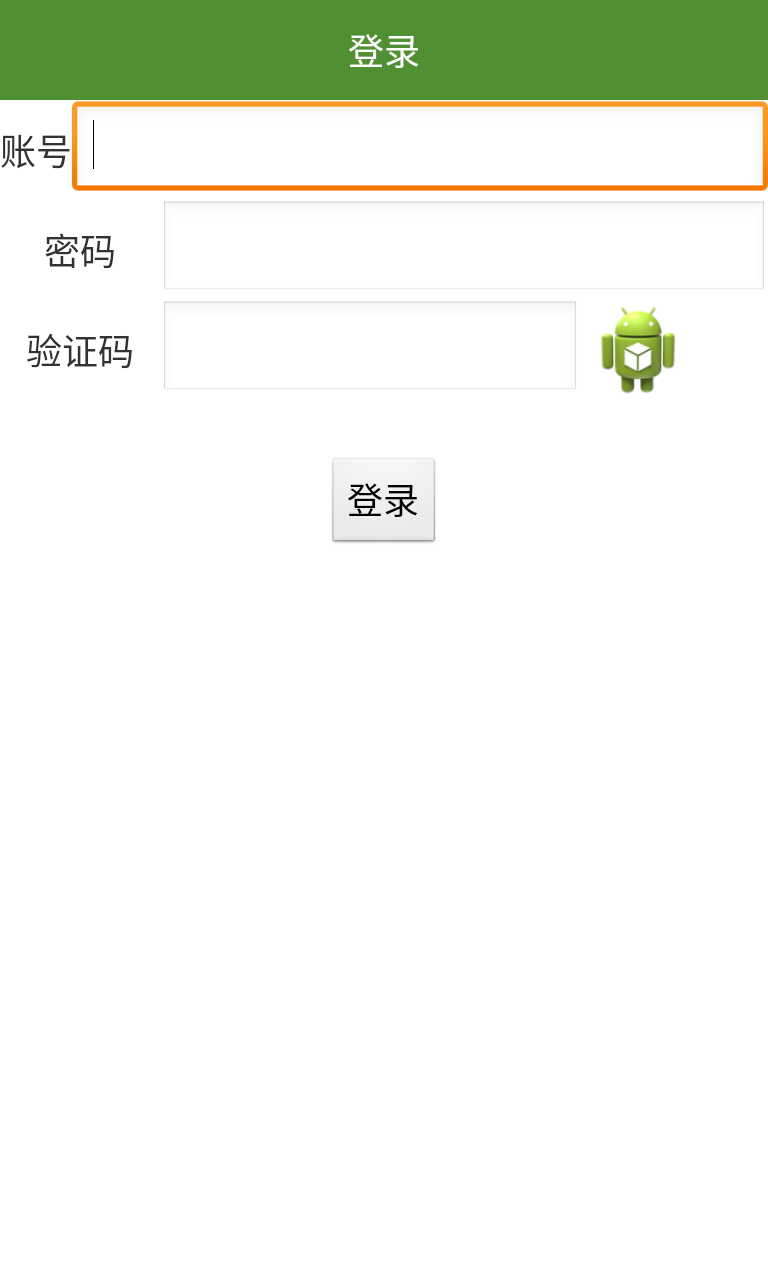
Repository: xuelang201201/Android
Layout: Android网络/android_day03_ems/res/layout/activity_login.xml
These files come from the project's save history. The layout is drawn as it stood at one moment and after the next save; the edit follows.
It is drawn on a 768 x 1280 px phone screen (xhdpi) without system bars, with theme android:Theme.Light.NoTitleBar; the app's code is not run.

Above is the layout before, as saved 2016-03-03 07:35:36.

### Android网络/android_day03_ems/res/layout/activity_login.xml
<RelativeLayout xmlns:android="http://schemas.android.com/apk/res/android"
    xmlns:tools="http://schemas.android.com/tools"
    android:layout_width="match_parent"
    android:layout_height="match_parent"
    tools:context=".AddEmpActivity" >

    <TextView
        android:id="@+id/tv_add_emp_title"
        android:layout_width="match_parent"
        android:layout_height="50dp"
        android:background="#519032"
        android:gravity="center"
        android:text="登录"
        android:textColor="#ffffff"
        android:textSize="18sp" />

    <TextView
        android:id="@+id/tv_login_emp_username"
        android:layout_width="wrap_content"
        android:layout_height="50dp"
        android:layout_alignParentLeft="true"
        android:layout_below="@+id/tv_add_emp_title"
        android:gravity="center"
        android:text="账号"
        android:textSize="18sp" />

    <EditText
        android:id="@+id/et_login_emp_username"
        android:layout_width="wrap_content"
        android:layout_height="wrap_content"
        android:layout_alignBottom="@+id/tv_login_emp_username"
        android:layout_alignParentRight="true"
        android:layout_below="@+id/tv_add_emp_title"
        android:layout_toRightOf="@+id/tv_login_emp_username"
        android:ems="10"
        android:inputType="textPersonName"
        android:singleLine="true" >

        <requestFocus />
    </EditText>

    <TextView
        android:id="@+id/tv_login_emp_pwd"
        android:layout_width="80dp"
        android:layout_height="50dp"
        android:layout_below="@+id/tv_login_emp_username"
        android:gravity="center"
        android:text="密码"
        android:textSize="18sp" />

    <TextView
        android:id="@+id/tv_login_emp_code"
        android:layout_width="80dp"
        android:layout_height="50dp"
        android:layout_below="@+id/tv_login_emp_pwd"
        android:layout_toLeftOf="@+id/et_login_emp_pwd"
        android:gravity="center"
        android:text="验证码"
        android:textSize="18sp" />

    <EditText
        android:id="@+id/et_login_emp_code"
        android:layout_width="wrap_content"
        android:layout_height="wrap_content"
        android:layout_alignBottom="@+id/tv_login_emp_code"
        android:layout_alignTop="@+id/tv_login_emp_code"
        android:layout_toRightOf="@+id/tv_login_emp_code"
        android:ems="10"
        android:inputType="numberDecimal"
        android:singleLine="true" />

    <EditText
        android:id="@+id/et_login_emp_pwd"
        android:layout_width="wrap_content"
        android:layout_height="wrap_content"
        android:layout_alignBottom="@+id/tv_login_emp_pwd"
        android:layout_alignParentRight="true"
        android:layout_alignTop="@+id/tv_login_emp_pwd"
        android:layout_toRightOf="@+id/tv_login_emp_pwd"
        android:ems="10"
        android:inputType="number"
        android:singleLine="true" />

    <RadioGroup
        android:id="@+id/rg_add_emp_gender"
        android:layout_width="wrap_content"
        android:layout_height="wrap_content"
        android:layout_below="@+id/tv_login_emp_code"
        android:layout_toRightOf="@+id/tv_login_emp_code"
        android:orientation="horizontal" >
    </RadioGroup>

    <Button
        android:id="@+id/btn_login_emp"
        android:layout_width="wrap_content"
        android:layout_height="wrap_content"
        android:layout_alignTop="@+id/rg_add_emp_gender"
        android:layout_centerHorizontal="true"
        android:layout_marginTop="28dp"
        android:onClick="doClick"
        android:text="登录"
        android:textSize="18sp" />

    <ImageView
        android:id="@+id/iv_login_emp_code"
        android:layout_width="130dp"
        android:layout_height="50dp"
        android:layout_alignParentRight="true"
        android:layout_below="@+id/et_login_emp_pwd"
        android:src="@drawable/ic_launcher" />

</RelativeLayout>

After the next save:
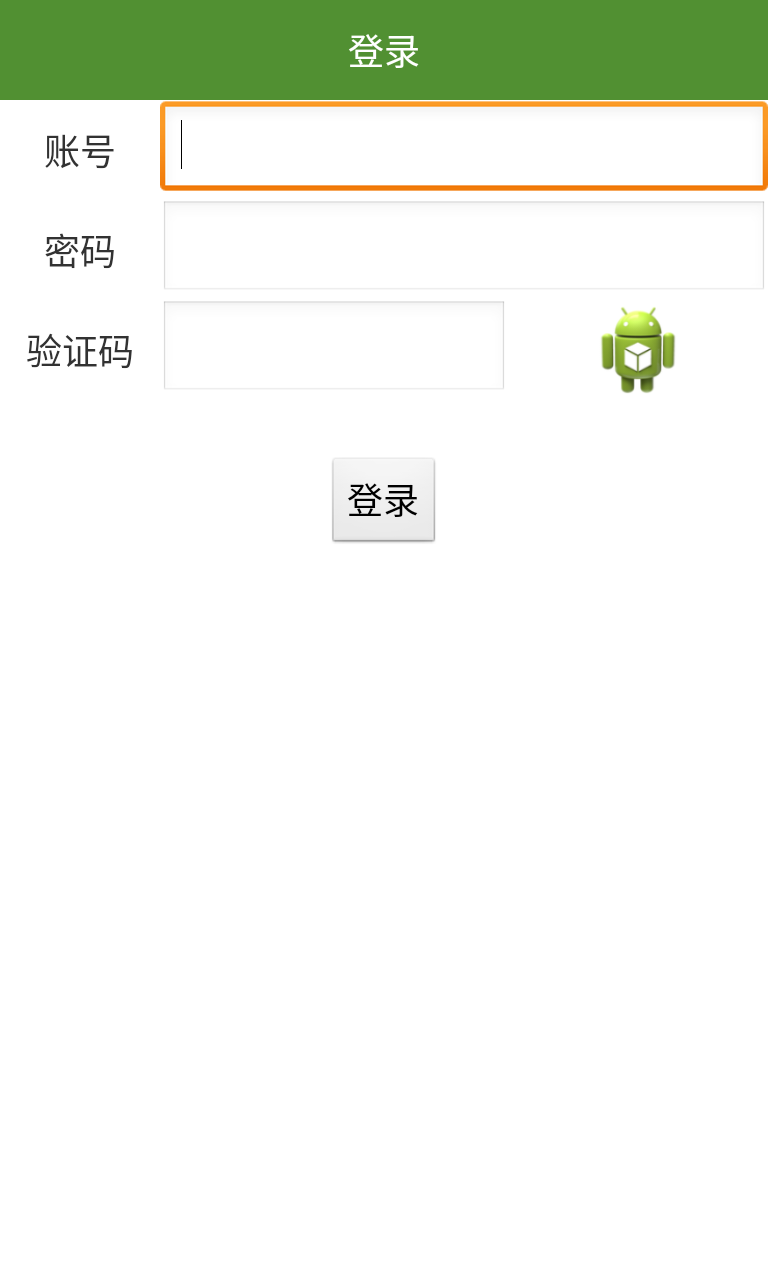
Saved 3 min 17 s later.
--- a/Android网络/android_day03_ems/res/layout/activity_login.xml
+++ b/Android网络/android_day03_ems/res/layout/activity_login.xml
@@ -16,7 +16,7 @@
 
     <TextView
         android:id="@+id/tv_login_emp_username"
-        android:layout_width="wrap_content"
+        android:layout_width="80dp"
         android:layout_height="50dp"
         android:layout_alignParentLeft="true"
         android:layout_below="@+id/tv_add_emp_title"
@@ -64,6 +64,7 @@
         android:layout_height="wrap_content"
         android:layout_alignBottom="@+id/tv_login_emp_code"
         android:layout_alignTop="@+id/tv_login_emp_code"
+        android:layout_toLeftOf="@+id/iv_login_emp_code"
         android:layout_toRightOf="@+id/tv_login_emp_code"
         android:ems="10"
         android:inputType="numberDecimal"
